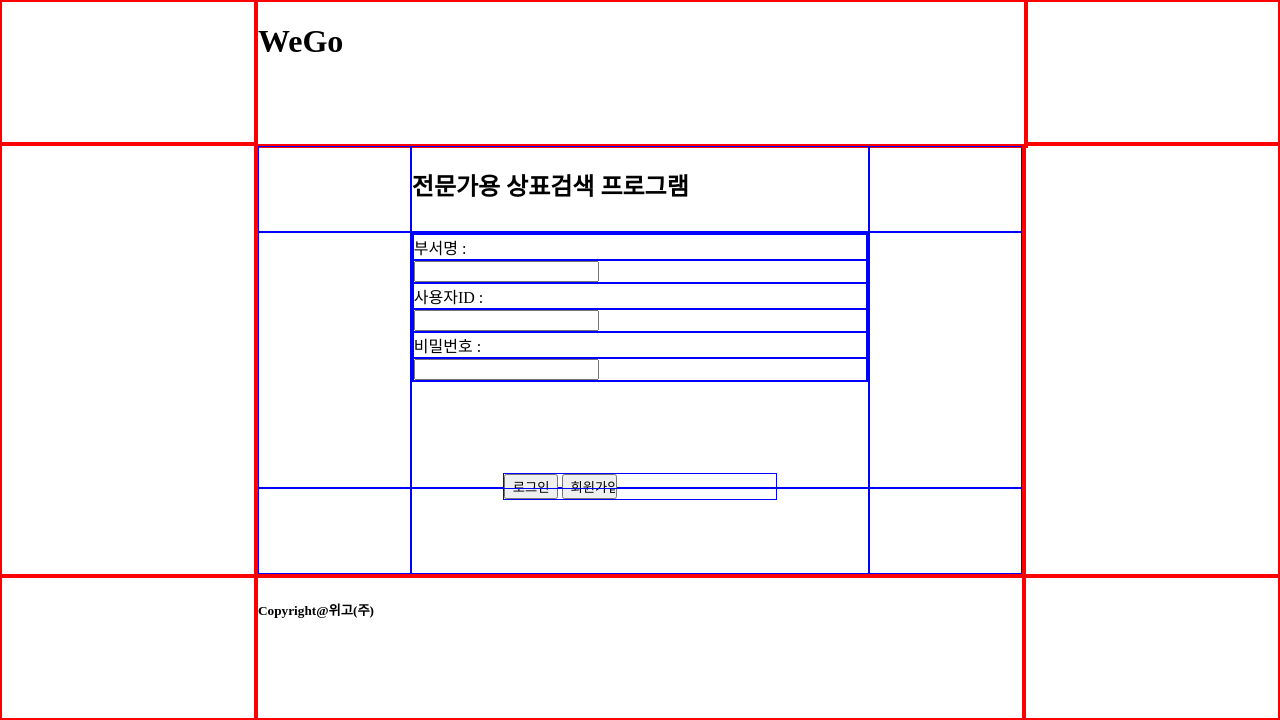
Repository: hamuse/wego1
Page: http://localhost/teamW1/facade.do
The author's editor kept a copy of each file at every save. The page is drawn from the files as they stood at one save, then again after a run of saves.
The browser window is 1280 px wide. The pictures show the whole page.
Some web libraries are served in a nearby version. The page is served by Tomcat 9.

Above is the page before, as saved 2019-10-07 11:33:32.

After the next 2 saves:
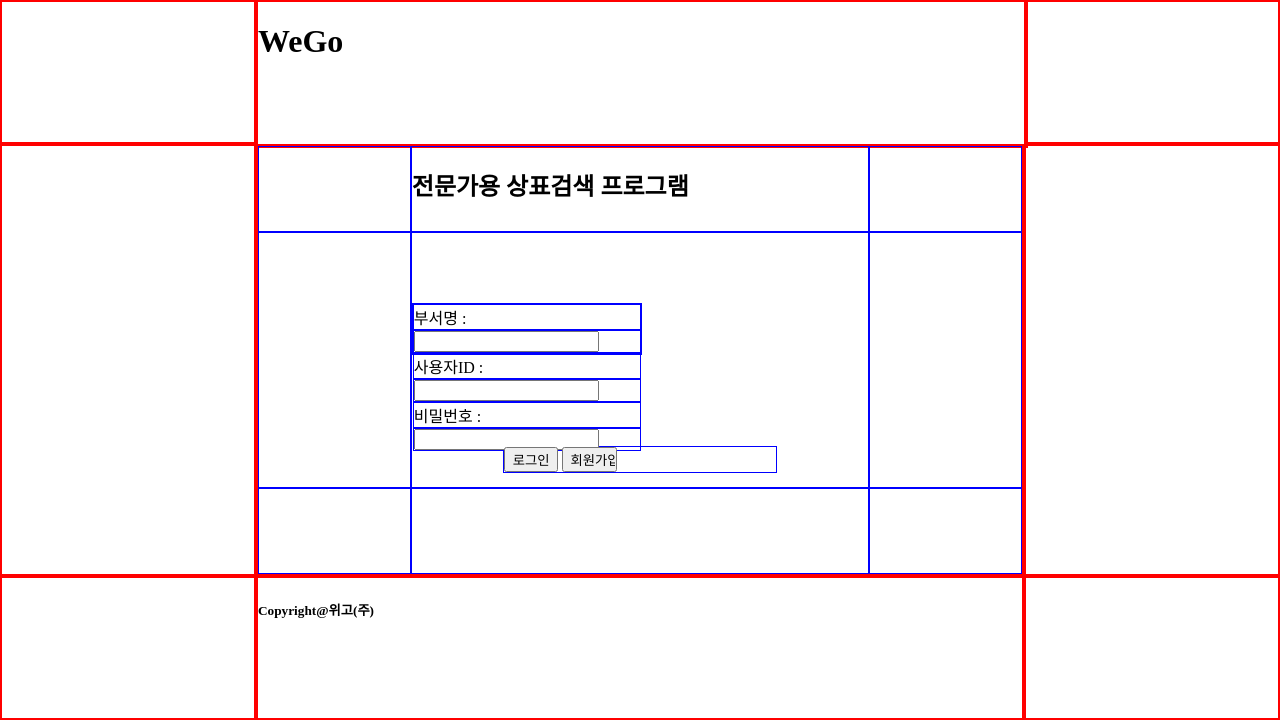
The 2 saves are shown as one change because they came seconds apart.
The last was saved 72 s later.
--- a/teamW1/WebContent/resources/css/style.css
+++ b/teamW1/WebContent/resources/css/style.css
@@ -46,6 +46,7 @@ html, body{
 .input_box{
 	grid-template-rows: 33% 34% 33%;
 	grid-template-columns: 50% 50%;
+	width: 50%; height: 50px; margin-top: 70px;
 }
 #input_item{margin: 20% ;}
 #wego{width: 100%;height: 100%;}
